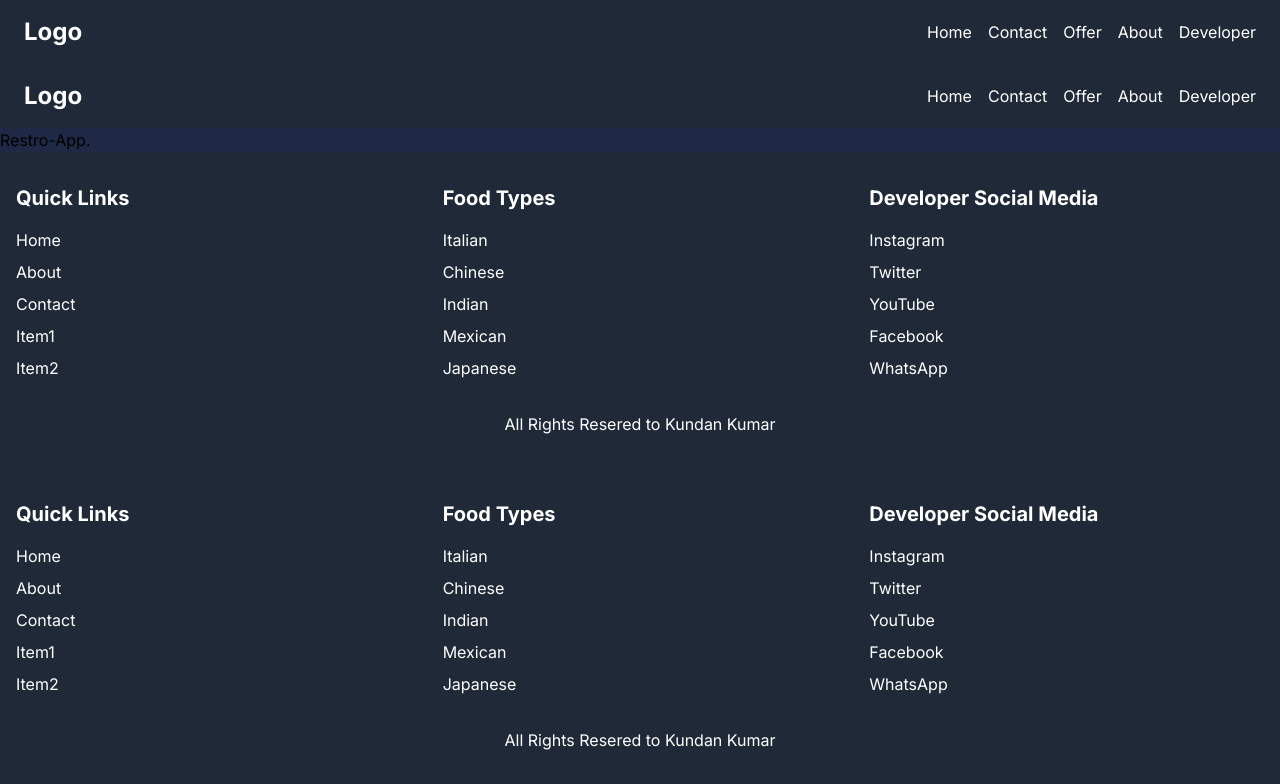
Repository: its-kundan/food-on-time
Page: /
The author's editor kept a copy of each file at every save. The page is drawn from the files as they stood at one save, then again after the next save.
The browser window is 1280 px wide. The pictures show the whole page.
The project was rebuilt for these pictures with package versions that can differ from the ones it lists, and the page was loaded fresh each time. The framework's server and built-in components were replaced by stand-ins that run in the browser. Also part of the build but not shown: next.config.mjs.

Above is the page before, as saved 2024-07-25 09:02:03.

After the next save:
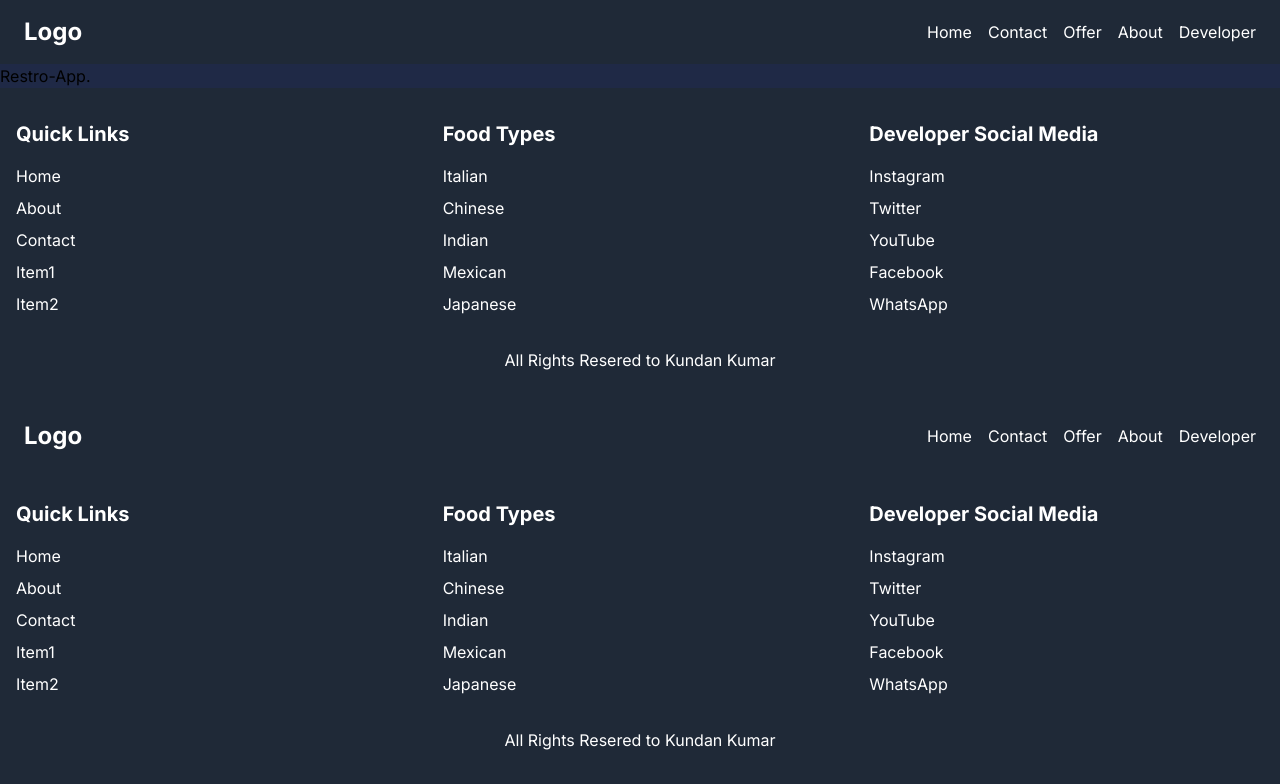
Saved 27 s later.
--- a/src/app/layout.js
+++ b/src/app/layout.js
@@ -14,8 +14,8 @@
 export default function RootLayout({ children }) {
   return (
     <html lang="en">
+      <body className={inter.className}>{children}</body>
       <Header/>
-      <body className={inter.className}>{children}</body>
       <Footer />
     </html>
   );

After the save that followed:
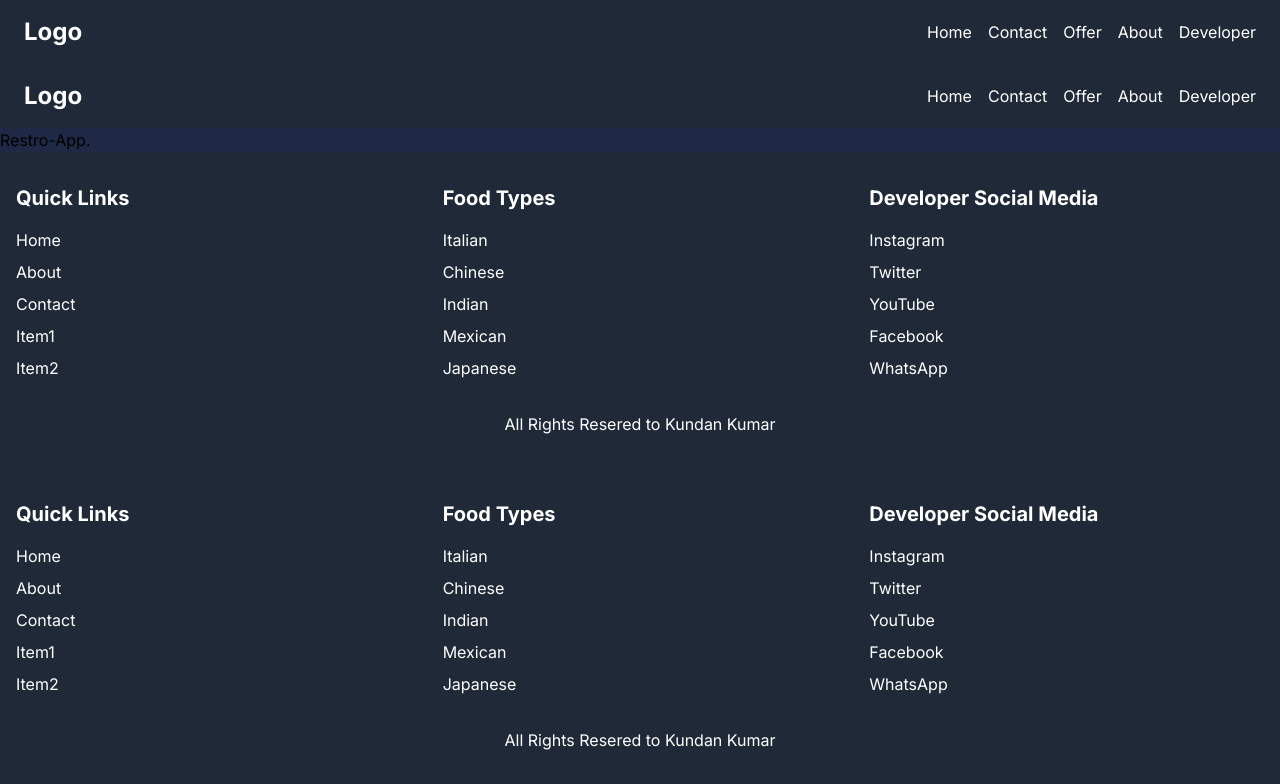
Saved 23 s later.
--- a/src/app/layout.js
+++ b/src/app/layout.js
@@ -14,8 +14,8 @@
 export default function RootLayout({ children }) {
   return (
     <html lang="en">
+      <Header/>
       <body className={inter.className}>{children}</body>
-      <Header/>
       <Footer />
     </html>
   );
